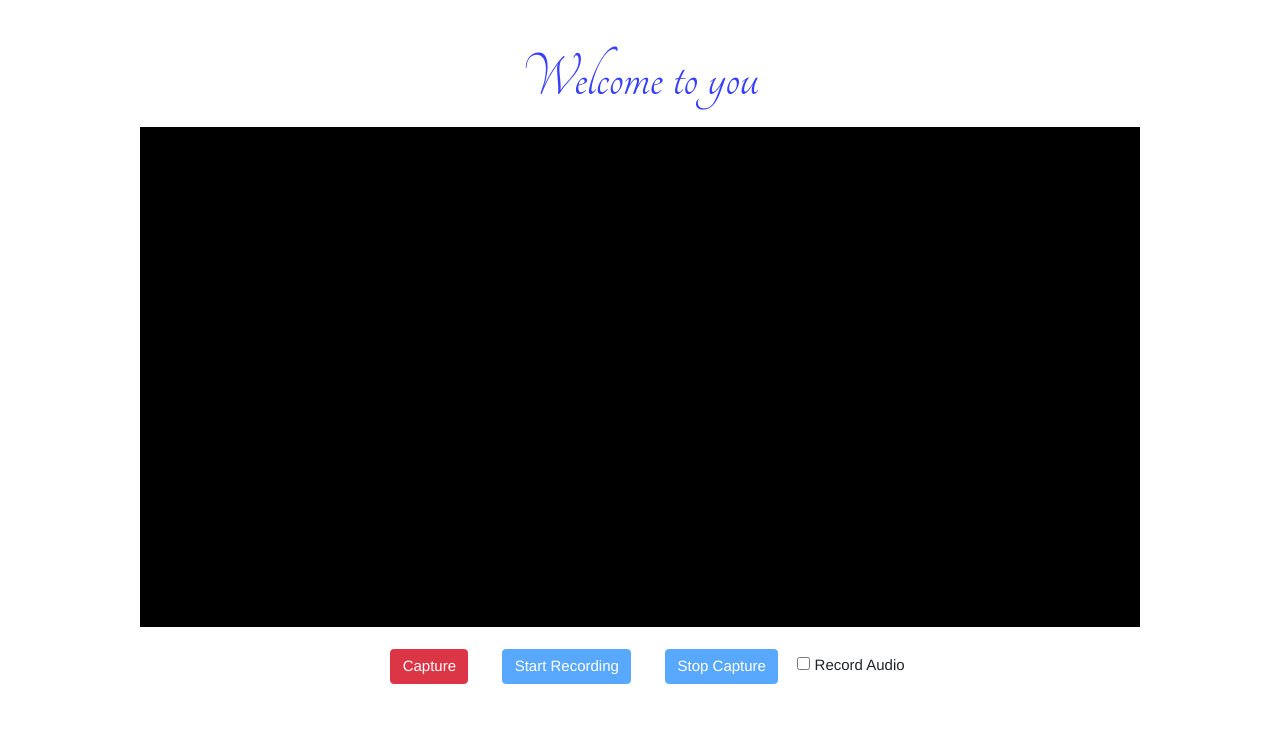
Repository: santiljanomalaj/recording_youtube
Page: index.html
The author's editor kept a copy of each file at every save. The page is drawn from the files as they stood at one save, then again after the next save.
The browser window is 1280 px wide. The pictures show the whole page.

Above is the page before, as saved 2020-04-29 18:59:18.

### index.html
<!DOCTYPE html>
<html lang="en">
  <head>
    <title>video/audio capture</title>
    <meta charset="utf-8" />
    <meta http-equiv="X-UA-Compatible" content="IE=edge" />
    <meta name="viewport" content="width=device-width, initial-scale=1" />

    <link rel="stylesheet" href="./css/bootstrap.min.css" />
    <link rel="stylesheet" href="./css/w3.css" />
    <link
      rel="stylesheet"
      href="https://fonts.googleapis.com/css?family=Tangerine"
    />
    <link rel="stylesheet" href="./css/style.css" />

    <!-- <script>
      if (location.protocol !== "https:") location.protocol = "https:";
    </script> -->
    <!-- import the webpage's stylesheet -->
  </head>
  <body>
    <center>
      <div class="w3-container w3-tangerine">
        <!-- <u style="color: red;"> -->
        <h1 class="w3-jumbo">&nbsp Welcome to you &nbsp</h1>
        <!-- </u> -->
      </div>
      <p id="warning">
        Enable chrome://flags/#enable-experimental-web-platform-features
      </p>
      <video
        style="background-color: black; width: 1000px; height: 500px;"
        id="videoElement"
        autoplay
      ></video>
      <br />
      <button class="btn btn-danger" id="captureBtn">Capture</button>
      <button class="btn btn-primary" id="startBtn" disabled>
        Start Recording
      </button>
      <button class="btn btn-primary" id="stopBtn" disabled>
        Stop Capture
      </button>
      <input type="checkbox" id="audioToggle" />
      <label for="audioToggle">Record Audio</label>
      <a
        type="button"
        class="btn btn-primary"
        id="download"
        href="#"
        style="display: none;"
        >Download</a
      >
      <a
        type="button"
        id="trim"
        href="https://video-cut.glitch.me/"
        style="display: none;"
        target="trim"
        >Trim Video</a
      >
      <a
        type="button"
        class="btn btn-primary"
        id="convert"
        href="https://convert-to-mp4.glitch.me/"
        style="display: none;"
        target="convert"
        >Convert to MP4</a
      >
    </center>

    <script src="./js/comlink.js"></script>
    <script src="./js/jquery.min.js"></script>
    <script src="./js/popper.min.js"></script>
    <script src="https://maxcdn.bootstrapcdn.com/bootstrap/4.4.1/js/bootstrap.min.js"></script>

    <script>
      if ("getDisplayMedia" in navigator.mediaDevices)
        warning.style.display = "none";

      let blobs;
      let blob;
      let rec;
      let stream;

      captureBtn.onclick = async () => {
        trim.style.display = "none";
        convert.style.display = "none";
        download.style.display = "none";
        let audio = audioToggle.checked || false;

        stream = await navigator.mediaDevices.getDisplayMedia({
          video: true,
          audio: audio,
        });
        stream
          .getVideoTracks()
          .forEach((track) => (track.contentHint = "text"));
        videoElement.srcObject = stream;
        let opts = { mimeType: "video/webm; codecs=h264" };
        blobs = [];
        rec = new MediaRecorder(stream, opts);
        rec.ondataavailable = (e) => blobs.push(e.data);
        rec.onstop = () => {
          blob = new Blob(blobs, { type: "video/mp4" });
          let url = window.URL.createObjectURL(blob);
          download.href = url;
          download.download = "test.mp4";
          download.style.display = "block";
          trim.style.display = "block";
          convert.style.display = "block";
        };
        startBtn.disabled = false;
        captureBtn.disabled = true;
        audioToggle.disabled = true;
      };

      startBtn.onclick = () => {
        startBtn.disabled = true;
        stopBtn.disabled = false;
        rec.start();
      };

      stopBtn.onclick = () => {
        captureBtn.disabled = false;
        startBtn.disabled = true;
        stopBtn.disabled = true;
        audioToggle.disabled = false;
        rec.stop();
        stream.getTracks().forEach((s) => s.stop());
        videoElement.srcObject = null;
        stream = null;
      };

      trim.onclick = async (event) => {
        event.preventDefault();
        let cutWindow = window.open(event.target.href);
        let start = Comlink.proxy(cutWindow);
        setTimeout(async () => {
          let result = await start(
            new File([blob], "test.webm", { type: "video/webm" }),
            "00:00:00"
          );
        }, 1000);
      };

      convert.onclick = async (event) => {
        event.preventDefault();
        let convertWindow = window.open(event.target.href);
        let start = Comlink.proxy(convertWindow);
        setTimeout(async () => {
          let result = await start(
            new File([blob], "test.webm", { type: "video/webm" })
          );
        }, 1000);
      };
    </script>
  </body>
</html>

### css/style.css
/* CSS files add styling rules to your content */

body {
  font-family: "Benton Sans", "Helvetica Neue", helvetica, arial, sans-serif;
  margin: 2em;
}

h1 {
  font-family: "Tangerine", serif;
  color: #373fff;
}

video {
  width: 1000px;
  height: 1000px;
}

button {
  margin: 1em;
  padding: 1;
}

.w3-tangerine {
  font-family: "Tangerine", serif;
}

### js/comlink.js
/**
 * Copyright 2017 Google Inc. All Rights Reserved.
 * Licensed under the Apache License, Version 2.0 (the "License");
 * you may not use this file except in compliance with the License.
 * You may obtain a copy of the License at
 *     http://www.apache.org/licenses/LICENSE-2.0
 * Unless required by applicable law or agreed to in writing, software
 * distributed under the License is distributed on an "AS IS" BASIS,
 * WITHOUT WARRANTIES OR CONDITIONS OF ANY KIND, either express or implied.
 * See the License for the specific language governing permissions and
 * limitations under the License.
 */
(function (factory) {
  if (typeof module === "object" && typeof module.exports === "object") {
    var v = factory(require, exports);
    if (v !== undefined) module.exports = v;
  } else if (typeof define === "function" && define.amd) {
    define(["require", "exports"], factory);
  } else {
    factory([], (self.Comlink = {}));
  }
})(function (require, exports) {
  "use strict";
  Object.defineProperty(exports, "__esModule", { value: true });
  const TRANSFERABLE_TYPES = [ArrayBuffer, MessagePort];
  const uid = Math.floor(Math.random() * Number.MAX_SAFE_INTEGER);
  const proxyValueSymbol = Symbol("proxyValue");
  const throwSymbol = Symbol("throw");
  const proxyTransferHandler = {
    canHandle: (obj) => obj && obj[proxyValueSymbol],
    serialize: (obj) => {
      const { port1, port2 } = new MessageChannel();
      expose(obj, port1);
      return port2;
    },
    deserialize: (obj) => {
      return proxy(obj);
    },
  };
  const throwTransferHandler = {
    canHandle: (obj) => obj && obj[throwSymbol],
    serialize: (obj) => obj.toString() + "\n" + obj.stack,
    deserialize: (obj) => {
      throw Error(obj);
    },
  };
  exports.transferHandlers = new Map([
    ["PROXY", proxyTransferHandler],
    ["THROW", throwTransferHandler],
  ]);
  let pingPongMessageCounter = 0;
  function proxy(endpoint, target) {
    if (isWindow(endpoint)) endpoint = windowEndpoint(endpoint);
    if (!isEndpoint(endpoint))
      throw Error(
        "endpoint does not have all of addEventListener, removeEventListener and postMessage defined"
      );
    activateEndpoint(endpoint);
    return cbProxy(
      async (irequest) => {
        let args = [];
        if (irequest.type === "APPLY" || irequest.type === "CONSTRUCT")
          args = irequest.argumentsList.map(wrapValue);
        const response = await pingPongMessage(
          endpoint,
          Object.assign({}, irequest, { argumentsList: args }),
          transferableProperties(args)
        );
        const result = response.data;
        return unwrapValue(result.value);
      },
      [],
      target
    );
  }
  exports.proxy = proxy;
  function proxyValue(obj) {
    obj[proxyValueSymbol] = true;
    return obj;
  }
  exports.proxyValue = proxyValue;
  function expose(rootObj, endpoint) {
    if (isWindow(endpoint)) endpoint = windowEndpoint(endpoint);
    if (!isEndpoint(endpoint))
      throw Error(
        "endpoint does not have all of addEventListener, removeEventListener and postMessage defined"
      );
    activateEndpoint(endpoint);
    attachMessageHandler(endpoint, async function (event) {
      if (!event.data.id || !event.data.callPath) return;
      const irequest = event.data;
      let that = await irequest.callPath
        .slice(0, -1)
        .reduce((obj, propName) => obj[propName], rootObj);
      let obj = await irequest.callPath.reduce(
        (obj, propName) => obj[propName],
        rootObj
      );
      let iresult = obj;
      let args = [];
      if (irequest.type === "APPLY" || irequest.type === "CONSTRUCT")
        args = irequest.argumentsList.map(unwrapValue);
      if (irequest.type === "APPLY") {
        try {
          iresult = await obj.apply(that, args);
        } catch (e) {
          iresult = e;
          iresult[throwSymbol] = true;
        }
      }
      if (irequest.type === "CONSTRUCT") {
        try {
          iresult = new obj(...args); // eslint-disable-line new-cap
          iresult = proxyValue(iresult);
        } catch (e) {
          iresult = e;
          iresult[throwSymbol] = true;
        }
      }
      if (irequest.type === "SET") {
        obj[irequest.property] = irequest.value;
        // FIXME: ES6 Proxy Handler `set` methods are supposed to return a
        // boolean. To show good will, we return true asynchronously ¯\_(ツ)_/¯
        iresult = true;
      }
      iresult = makeInvocationResult(iresult);
      iresult.id = irequest.id;
      return endpoint.postMessage(iresult, transferableProperties([iresult]));
    });
  }
  exports.expose = expose;
  function wrapValue(arg) {
    // Is arg itself handled by a TransferHandler?
    for (const [key, transferHandler] of exports.transferHandlers) {
      if (transferHandler.canHandle(arg)) {
        return {
          type: key,
          value: transferHandler.serialize(arg),
        };
      }
    }
    // If not, traverse the entire object and find handled values.
    let wrappedChildren = [];
    for (const item of iterateAllProperties(arg)) {
      for (const [key, transferHandler] of exports.transferHandlers) {
        if (transferHandler.canHandle(item.value)) {
          wrappedChildren.push({
            path: item.path,
            wrappedValue: {
              type: key,
              value: transferHandler.serialize(item.value),
            },
          });
        }
      }
    }
    for (const wrappedChild of wrappedChildren) {
      const container = wrappedChild.path
        .slice(0, -1)
        .reduce((obj, key) => obj[key], arg);
      container[wrappedChild.path[wrappedChild.path.length - 1]] = null;
    }
    return {
      type: "RAW",
      value: arg,
      wrappedChildren,
    };
  }
  function unwrapValue(arg) {
    if (exports.transferHandlers.has(arg.type)) {
      const transferHandler = exports.transferHandlers.get(arg.type);
      return transferHandler.deserialize(arg.value);
    } else if (isRawWrappedValue(arg)) {
      for (const wrappedChildValue of arg.wrappedChildren || []) {
        if (!exports.transferHandlers.has(wrappedChildValue.wrappedValue.type))
          throw Error(
            `Unknown value type "${arg.type}" at ${wrappedChildValue.path.join(
              "."
            )}`
          );
        const transferHandler = exports.transferHandlers.get(
          wrappedChildValue.wrappedValue.type
        );
        const newValue = transferHandler.deserialize(
          wrappedChildValue.wrappedValue.value
        );
        replaceValueInObjectAtPath(arg.value, wrappedChildValue.path, newValue);
      }
      return arg.value;
    } else {
      throw Error(`Unknown value type "${arg.type}"`);
    }
  }
  function replaceValueInObjectAtPath(obj, path, newVal) {
    const lastKey = path.slice(-1)[0];
    const lastObj = path.slice(0, -1).reduce((obj, key) => obj[key], obj);
    lastObj[lastKey] = newVal;
  }
  function isRawWrappedValue(arg) {
    return arg.type === "RAW";
  }
  function windowEndpoint(w) {
    if (self.constructor.name !== "Window") throw Error("self is not a window");
    return {
      addEventListener: self.addEventListener.bind(self),
      removeEventListener: self.removeEventListener.bind(self),
      postMessage: (msg, transfer) => w.postMessage(msg, "*", transfer),
    };
  }
  function isEndpoint(endpoint) {
    return (
      "addEventListener" in endpoint &&
      "removeEventListener" in endpoint &&
      "postMessage" in endpoint
    );
  }
  function activateEndpoint(endpoint) {
    if (isMessagePort(endpoint)) endpoint.start();
  }
  function attachMessageHandler(endpoint, f) {
    // Checking all possible types of `endpoint` manually satisfies TypeScript’s
    // type checker. Not sure why the inference is failing here. Since it’s
    // unnecessary code I’m going to resort to `any` for now.
    // if(isWorker(endpoint))
    //   endpoint.addEventListener('message', f);
    // if(isMessagePort(endpoint))
    //   endpoint.addEventListener('message', f);
    // if(isOtherWindow(endpoint))
    //   endpoint.addEventListener('message', f);
    endpoint.addEventListener("message", f);
  }
  function detachMessageHandler(endpoint, f) {
    // Same as above.
    endpoint.removeEventListener("message", f);
  }
  function isMessagePort(endpoint) {
    return endpoint.constructor.name === "MessagePort";
  }
  function isWindow(endpoint) {
    // TODO: This doesn’t work on cross-origin iframes.
    // return endpoint.constructor.name === 'Window';
    return ["window", "length", "location", "parent", "opener"].every(
      (prop) => prop in endpoint
    );
  }
  /**
   * `pingPongMessage` sends a `postMessage` and waits for a reply. Replies are
   * identified by a unique id that is attached to the payload.
   */
  function pingPongMessage(endpoint, msg, transferables) {
    const id = `${uid}-${pingPongMessageCounter++}`;
    return new Promise((resolve) => {
      attachMessageHandler(endpoint, function handler(event) {
        if (event.data.id !== id) return;
        detachMessageHandler(endpoint, handler);
        resolve(event);
      });
      // Copy msg and add `id` property
      msg = Object.assign({}, msg, { id });
      endpoint.postMessage(msg, transferables);
    });
  }
  function cbProxy(cb, callPath = [], target = function () {}) {
    return new Proxy(target, {
      construct(_target, argumentsList, proxy) {
        return cb({
          type: "CONSTRUCT",
          callPath,
          argumentsList,
        });
      },
      apply(_target, _thisArg, argumentsList) {
        // We use `bind` as an indicator to have a remote function bound locally.
        // The actual target for `bind()` is currently ignored.
        if (callPath[callPath.length - 1] === "bind")
          return cbProxy(cb, callPath.slice(0, -1));
        return cb({
          type: "APPLY",
          callPath,
          argumentsList,
        });
      },
      get(_target, property, proxy) {
        if (property === "then" && callPath.length === 0) {
          return { then: () => proxy };
        } else if (property === "then") {
          const r = cb({
            type: "GET",
            callPath,
          });
          return Promise.resolve(r).then.bind(r);
        } else {
          return cbProxy(cb, callPath.concat(property), _target[property]);
        }
      },
      set(_target, property, value, _proxy) {
        return cb({
          type: "SET",
          callPath,
          property,
          value,
        });
      },
    });
  }
  function isTransferable(thing) {
    return TRANSFERABLE_TYPES.some((type) => thing instanceof type);
  }
  function* iterateAllProperties(value, path = [], visited = null) {
    if (!value) return;
    if (!visited) visited = new WeakSet();
    if (visited.has(value)) return;
    if (typeof value === "string") return;
    if (typeof value === "object") visited.add(value);
    if (ArrayBuffer.isView(value)) return;
    yield { value, path };
    const keys = Object.keys(value);
    for (const key of keys)
      yield* iterateAllProperties(value[key], [...path, key], visited);
  }
  function transferableProperties(obj) {
    const r = [];
    for (const prop of iterateAllProperties(obj)) {
      if (isTransferable(prop.value)) r.push(prop.value);
    }
    return r;
  }
  function makeInvocationResult(obj) {
    for (const [type, transferHandler] of exports.transferHandlers) {
      if (transferHandler.canHandle(obj)) {
        const value = transferHandler.serialize(obj);
        return {
          value: { type, value },
        };
      }
    }
    return {
      value: {
        type: "RAW",
        value: obj,
      },
    };
  }
});

Loaded but not shown: css/bootstrap.min.css (library); css/w3.css (library); js/jquery.min.js (library); js/popper.min.js (library)

After the next save:
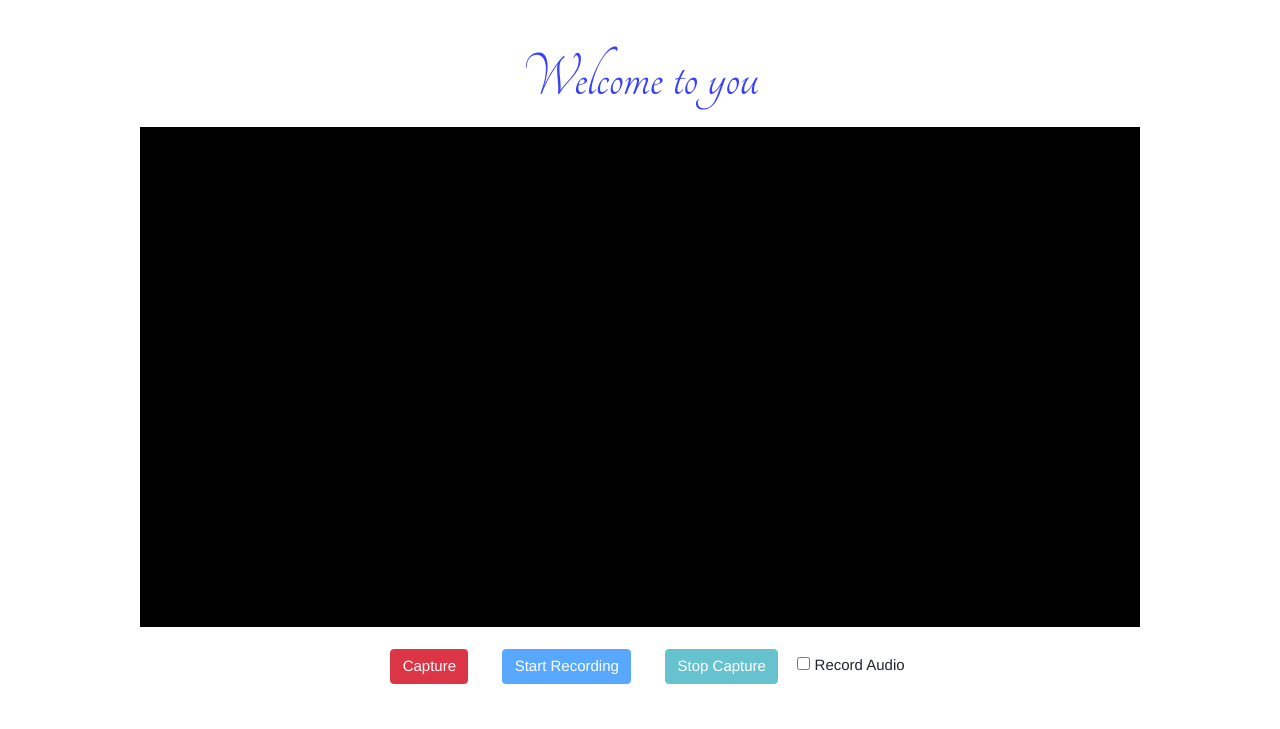
Saved 16 s later.
--- a/index.html
+++ b/index.html
@@ -39,7 +39,7 @@
       <button class="btn btn-primary" id="startBtn" disabled>
         Start Recording
       </button>
-      <button class="btn btn-primary" id="stopBtn" disabled>
+      <button class="btn btn-info" id="stopBtn" disabled>
         Stop Capture
       </button>
       <input type="checkbox" id="audioToggle" />
